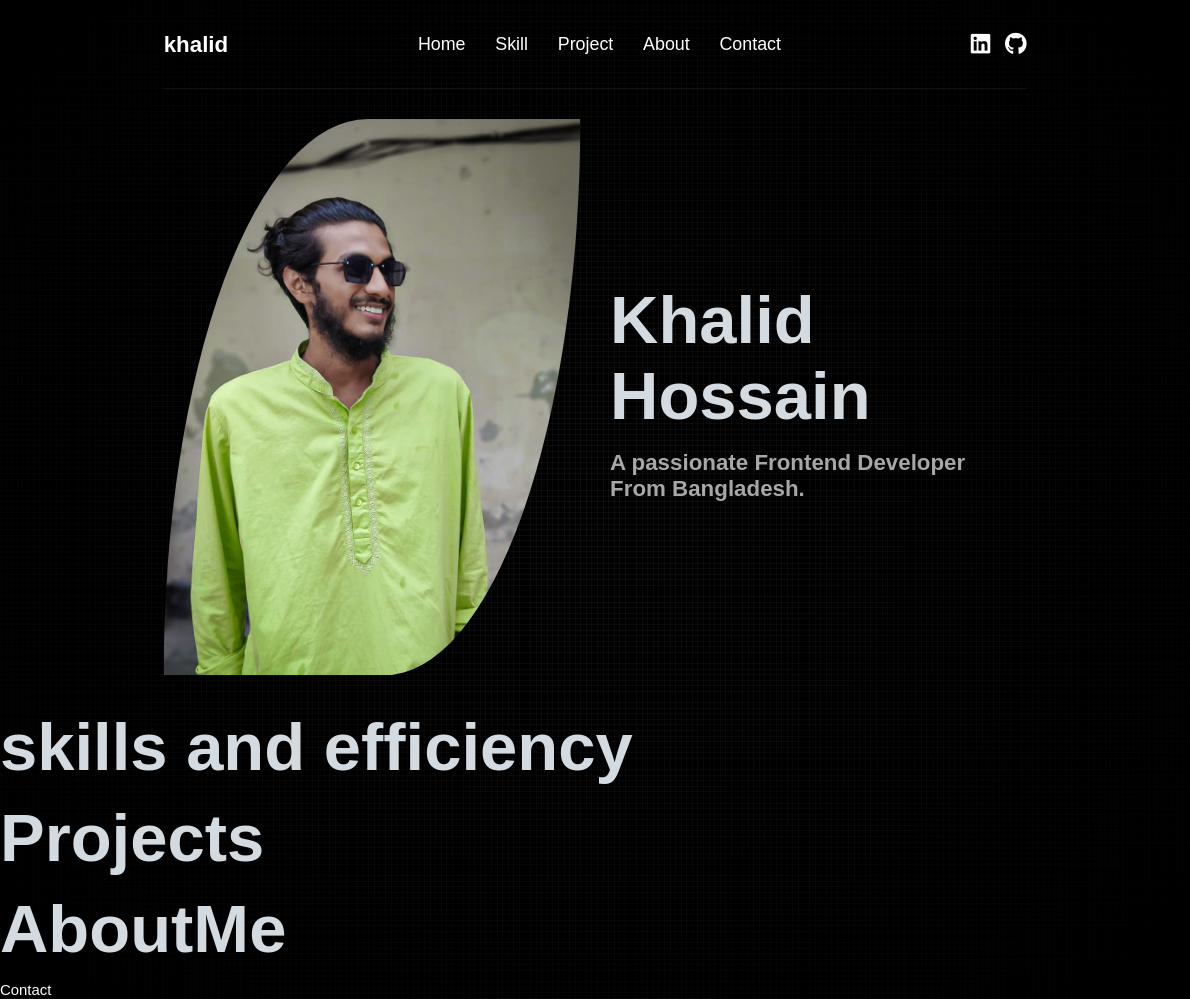
Repository: badhon252/my-portfolio
Page: /
These files come from the project's save history. The page is drawn as it stood at one moment and after the next save; the edit follows.
The browser window is 1280 px wide. The pictures show the whole page, at 93% of full size.
The project was rebuilt for these pictures with package versions that can differ from the ones it lists, and the page was loaded fresh each time. Also part of the build but not shown: src/Components/Home/Header/Navbar/Navs/LinkedIn/LinkedIn.module.css, src/Components/Home/Header/Navbar/Navs/GitHub/Github.module.css.

Above is the page before, as saved 2023-01-15 23:40:52.

After the next save:
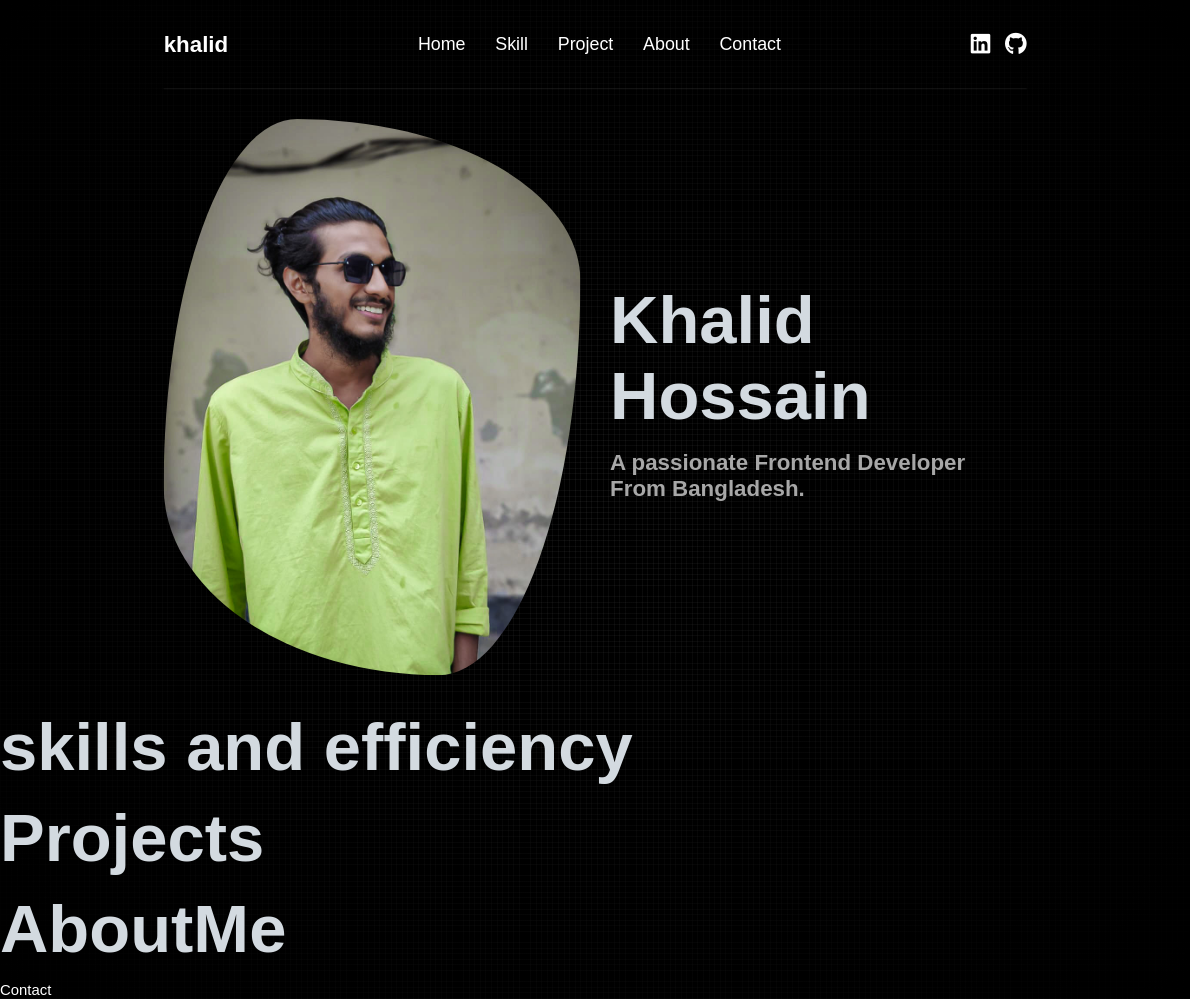
Saved 54 s later.
--- a/src/Components/Home/Header/HeaderContent/Header.module.css
+++ b/src/Components/Home/Header/HeaderContent/Header.module.css
@@ -21,7 +21,7 @@
     box-sizing: border-box;
     overflow: hidden;
     transition: .7s;
-    border-radius: 49% 51% 47% 53% / 100% 0% 100% 0%;
+    border-radius: 32% 68% 34% 66% / 66% 29% 71% 34%;
 }
 
 .heroImage:hover {
